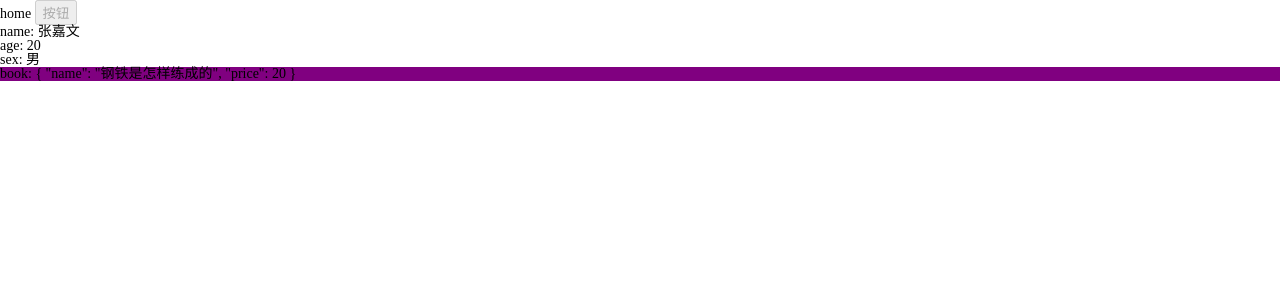
Repository: 596178924/vue3-ts-app
Page: /
The author's editor kept a copy of each file at every save. The page is drawn from the files as they stood at one save, then again after the next save.
The browser window is 1280 px wide. The pictures show the whole page.
The project was rebuilt for these pictures with package versions that can differ from the ones it lists, and the page was loaded fresh each time. Also part of the build but not shown: vite.config.ts.

Above is the page before, as saved 2022-11-09 16:26:25.

After the next save:
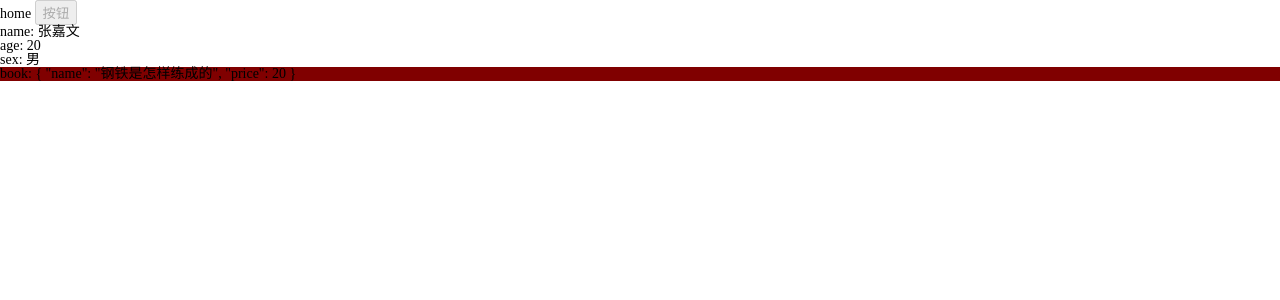
Saved 7 s later.
--- a/src/views/home/index.vue
+++ b/src/views/home/index.vue
@@ -34,6 +34,6 @@ const book = ref<Book>({
 //   }
 // });
 .test {
-	background-color: mix(#ff0000, #0000ff, 50%)
+	background-color: mix(#ff0000, #000, 50%)
 }
 </style>
